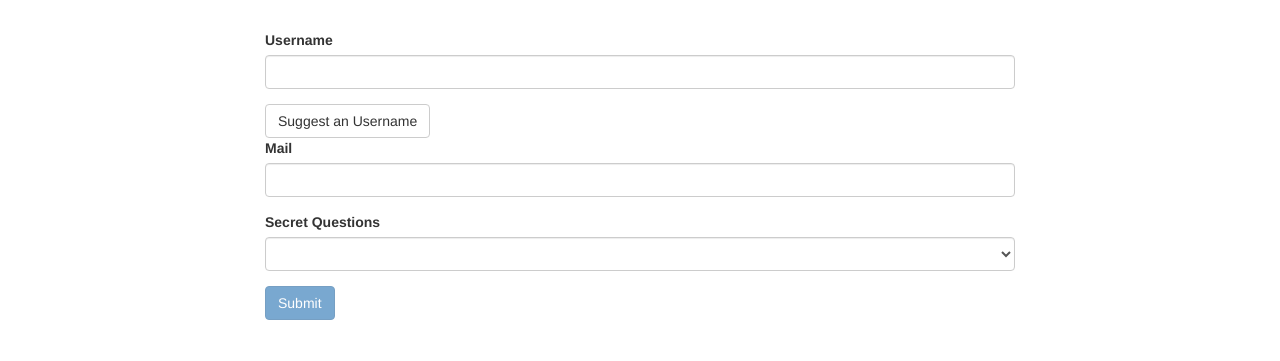
Repository: NikitasX/AngularCourse
Page: / (app in forms-start/)
These files come from the project's save history. The page is drawn as it stood at one moment and after a run of saves; the edit follows.
The browser window is 1280 px wide. The pictures show the whole page.
The project was rebuilt for these pictures with package versions that can differ from the ones it lists, and the page was loaded fresh each time. Also part of the build but not shown: forms-start/angular.json.

Above is the page before, as saved 2020-09-25 15:32:55.

### forms-start/src/app/app.component.ts
import { Component, ViewChild } from '@angular/core';
import { NgForm } from '@angular/forms';

@Component({
  selector: 'app-root',
  templateUrl: './app.component.html',
  styleUrls: ['./app.component.css']
})
export class AppComponent {
@ViewChild('f') signupForm:NgForm;

  suggestUserName() {
    const suggestedName = 'Superuser';
  }

  // onSubmit(form: NgForm) {
  //   console.log(form);
  // }

  onSubmit() {
    console.log(this.signupForm);
  }
}

### forms-start/src/app/app.component.html
<div class="container">
  <div class="row">
    <div class="col-xs-12 col-sm-10 col-md-8 col-sm-offset-1 col-md-offset-2">
      <form (ngSubmit)="onSubmit()" #f="ngForm">
        <div id="user-data">
          <div class="form-group">
            <label for="username">Username</label>
            <input
              type="text"
              id="username"
              class="form-control"
              ngModel
              name="username"
              required>
          </div>
          <button class="btn btn-default" type="button">Suggest an Username</button>
          <div class="form-group">
            <label for="email">Mail</label>
            <input
              type="email"
              id="email"
              class="form-control"
              ngModel
              name="email"
              required
              email>
          </div>
        </div>
        <div class="form-group">
          <label for="secret">Secret Questions</label>
          <select
            id="secret"
            class="form-control"
            ngModel
            name="secret">
            <option value="pet">Your first Pet?</option>
            <option value="teacher">Your first teacher?</option>
          </select>
        </div>
        <button
          class="btn btn-primary"
          type="submit"
          [disabled]="!f.valid">Submit</button>
      </form>
    </div>
  </div>
</div>

### forms-start/src/app/app.component.css
.container {
  margin-top: 30px;
}

.

Loaded but not shown: forms-start/src/index.html (common file); forms-start/src/styles.css (common file); forms-start/src/main.ts (common file); forms-start/src/app/app.module.ts (common file); forms-start/src/environments/environment.ts (common file)

After the next 2 saves:
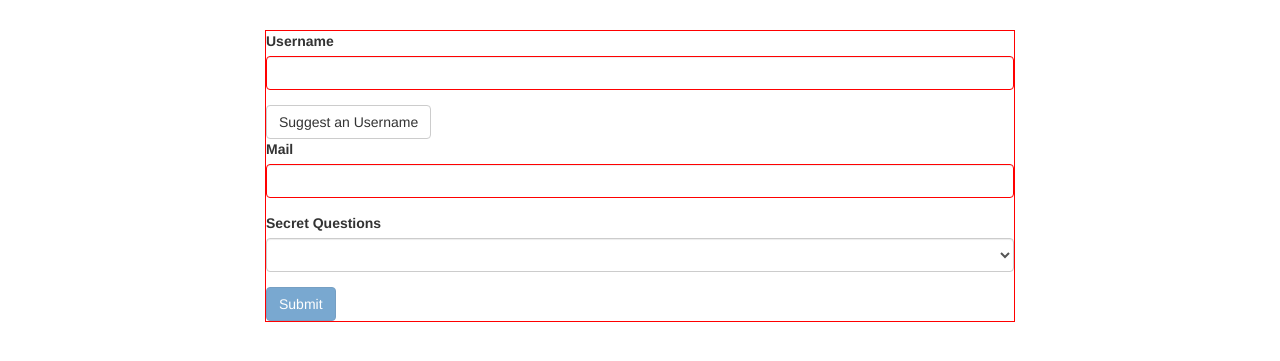
The 2 saves are shown as one change because they came seconds apart.
The last was saved 9 s later.
--- a/forms-start/src/app/app.component.css
+++ b/forms-start/src/app/app.component.css
@@ -2,4 +2,6 @@
   margin-top: 30px;
 }
 
-.
+.ng-invalid {
+  border: 1px solid red;
+}
